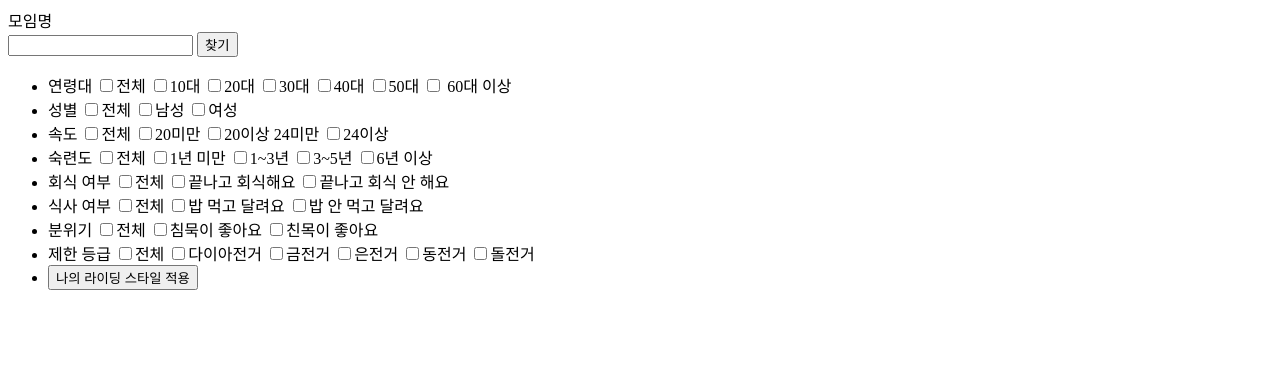
Repository: onpul/TEAM1
Page: http://localhost/Riding/mj/RidingList.jsp
The author's editor kept a copy of each file at every save. The page is drawn from the files as they stood at one save, then again after the next save.
The browser window is 1280 px wide. The pictures show the whole page.
The page is served by Tomcat 9.

Above is the page before, as saved 2022-06-04 10:34:07.

After the next save:
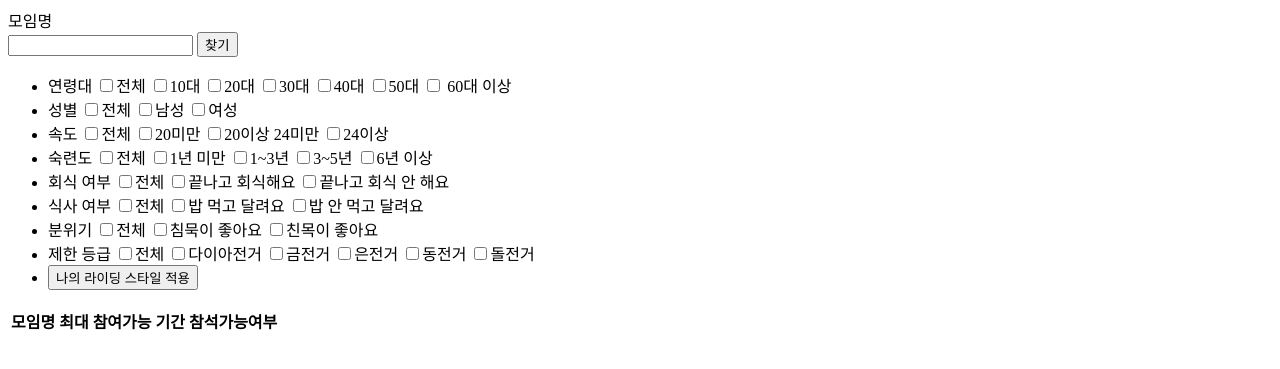
Saved 9 min 7 s later.
--- a/Riding/WebContent/mj/RidingList.jsp
+++ b/Riding/WebContent/mj/RidingList.jsp
@@ -70,5 +70,14 @@
 		<li><input type="button" value="나의 라이딩 스타일 적용"/></li>
 	</ul>
 </div>
+<div>
+	<table>
+		<th>모임명</th>
+		<th>최대</th>
+		<th>참여가능</th>
+		<th>기간</th>
+		<th>참석가능여부</th>
+	</table>
+</div>
 </body>
 </html>
